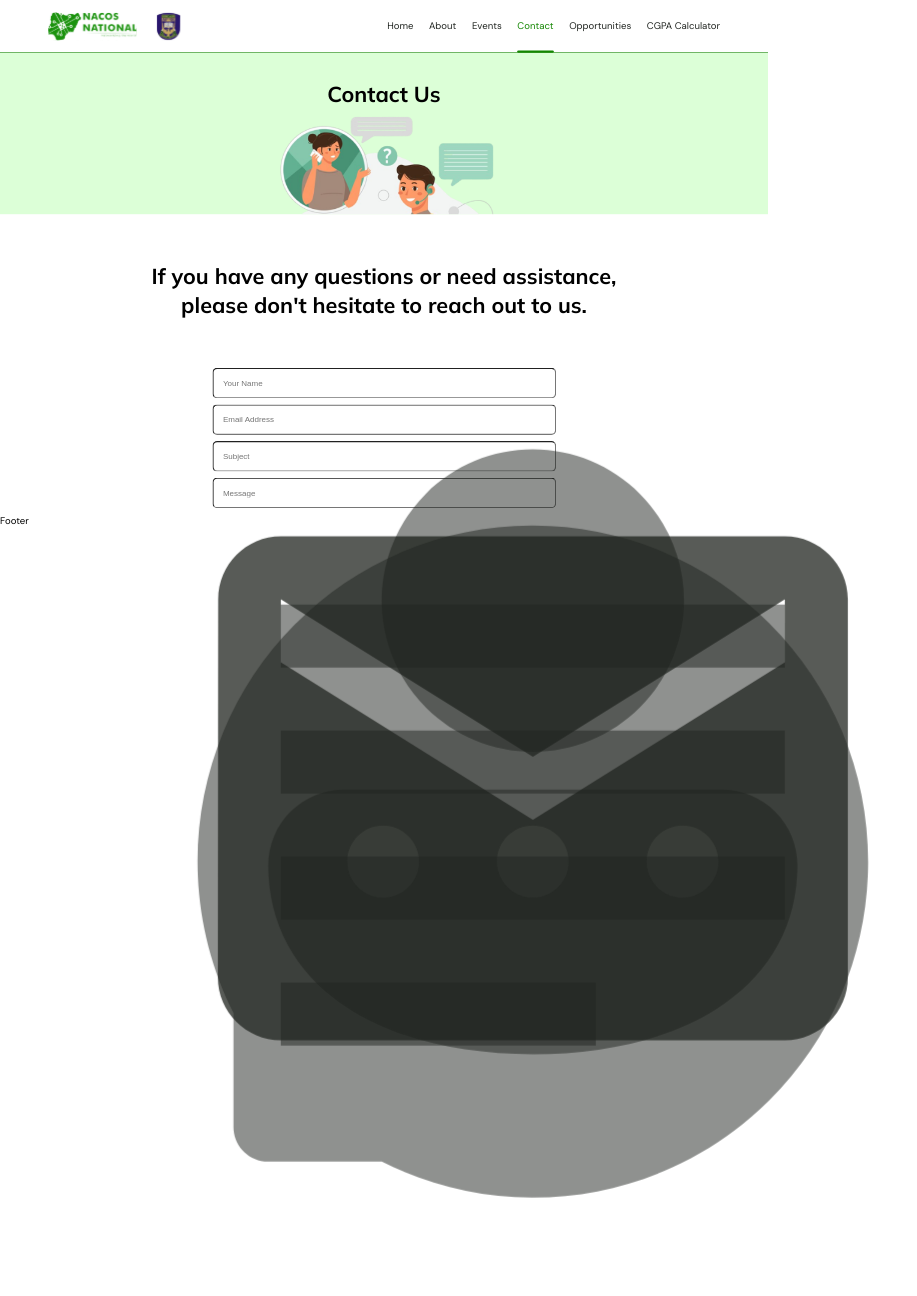
Repository: nacossuil/Uil-Nacos-Web
Page: /contact (app in frontend/)
The author's editor kept a copy of each file at every save. The page is drawn from the files as they stood at one save, then again after the next save.
The browser window is 1280 px wide. The page is 1528 px wide, so the pictures cover 1528 px, including what lies to the right of the window. The pictures show the whole page, at 60% of full size.
The project was rebuilt for these pictures with package versions that can differ from the ones it lists, and the page was loaded fresh each time. Also part of the build but not shown: frontend/vite.config.js, frontend/src/components/Home/About/About.jsx, frontend/src/components/Home/Hero/Hero.jsx, frontend/src/pages/Home/HomePage.jsx, frontend/src/pages/About/AboutPage.jsx, frontend/src/pages/Events/EventsPage.jsx, frontend/src/pages/Opportunities/tempData.js, frontend/src/pages/Opportunities/OpportunitiesPage.jsx and 1 more.

Above is the page before, as saved 2023-11-15 11:03:22.

After the next save:
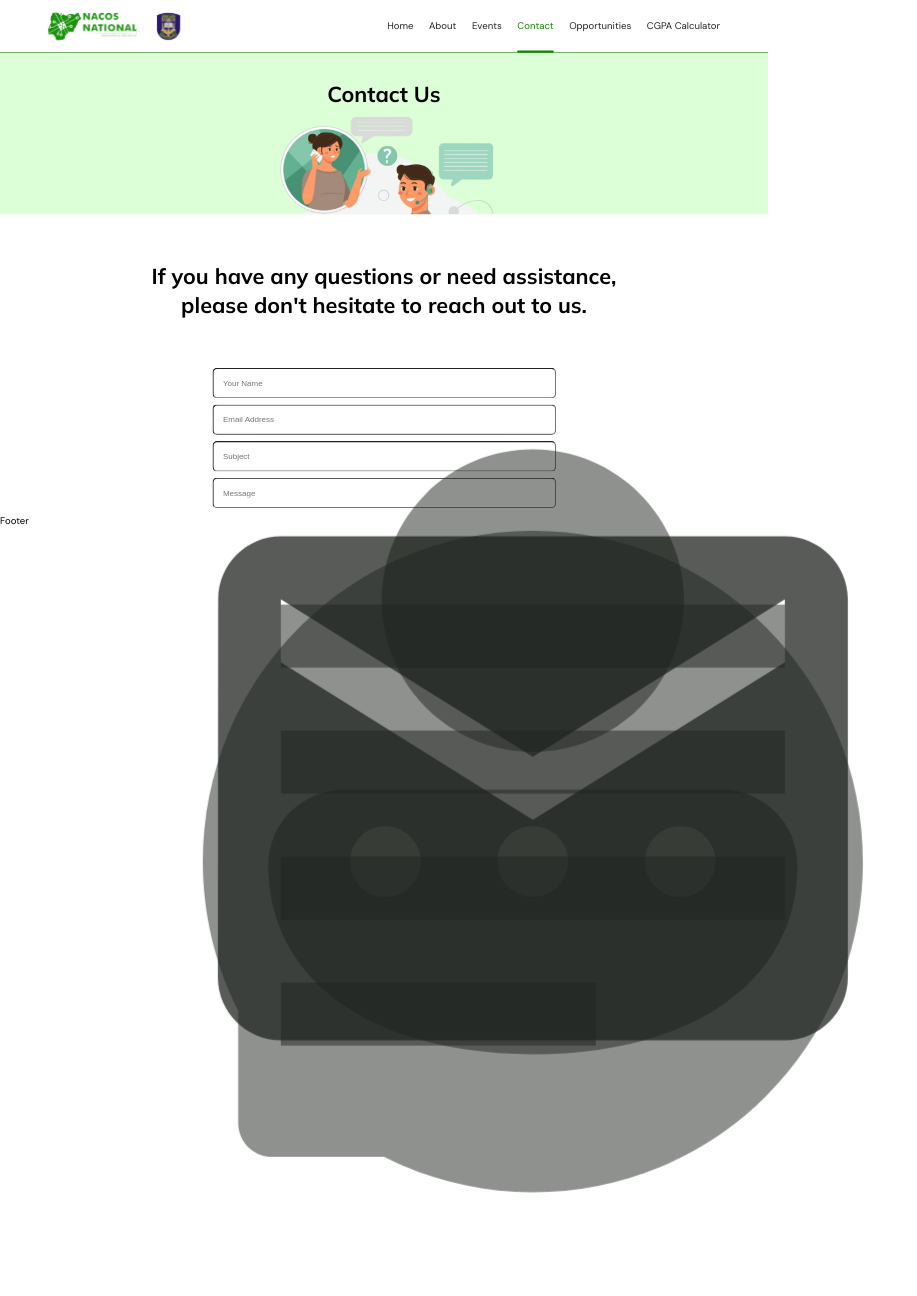
Saved 27 s later.
--- a/frontend/src/pages/Contact/ContactPage.jsx
+++ b/frontend/src/pages/Contact/ContactPage.jsx
@@ -29,7 +29,7 @@
             <input type="text" placeholder="Email Address" />
             <img src={Ic} alt="person" className="icon" />
             <input type="text" placeholder="Subject" />
-            <img src={AntDesign} alt="" />
+            <img src={AntDesign} alt="" className="icon" />
             <input type="text" placeholder="Message" />
           </form>
         </div>
